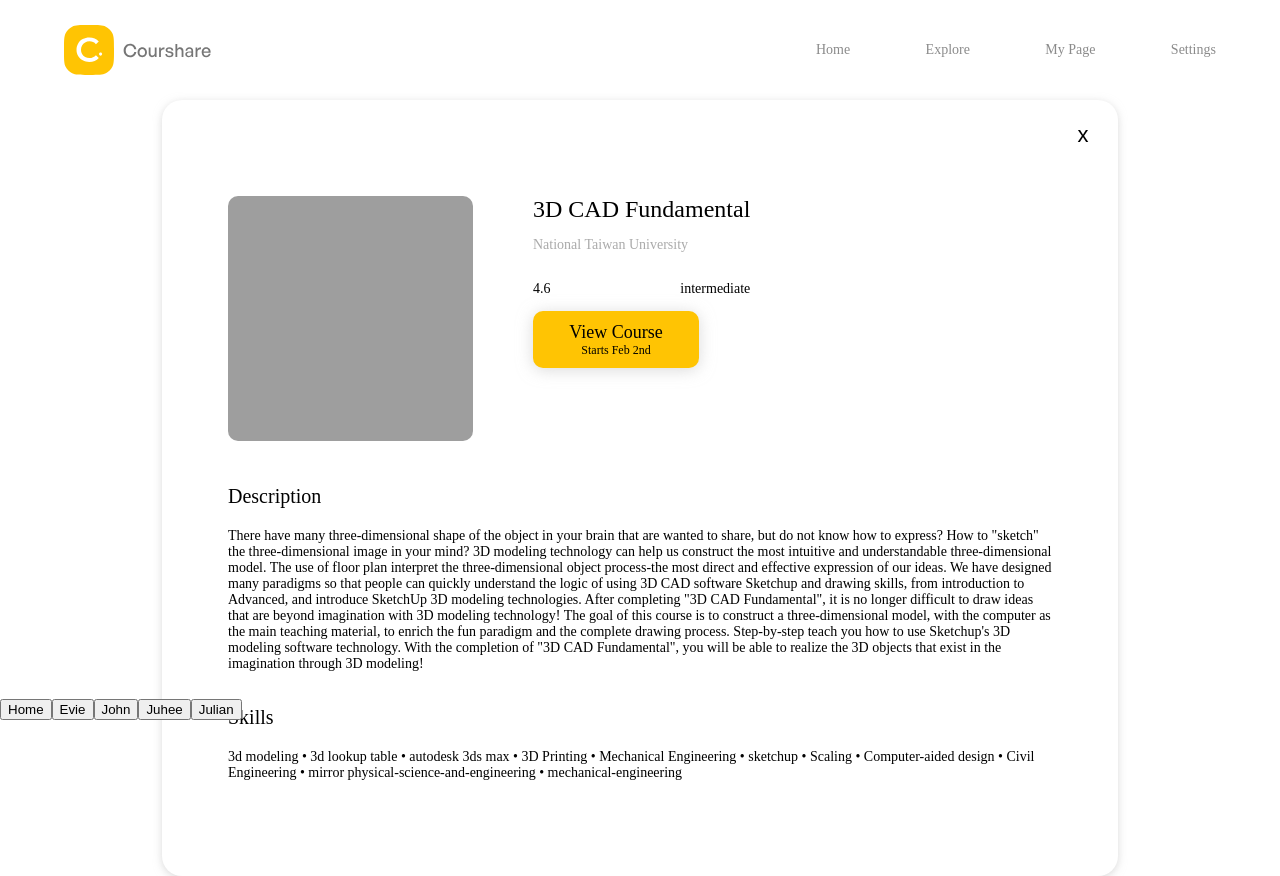
Repository: julianm09/courshare-app
Page: /comps/juhee
These files come from the project's save history. The page is drawn as it stood at one moment and after the next save; the edit follows.
The browser window is 1280 px wide. The pictures show the whole page.
Pictures or frames that could not be fetched are drawn as grey boxes. The project was rebuilt for these pictures with package versions that can differ from the ones it lists, and the page was loaded fresh each time. The framework's server and built-in components were replaced by stand-ins that run in the browser. Also part of the build but not shown: next.config.js.

Above is the page before, as saved 2022-02-07 14:43:06.

After the next save:
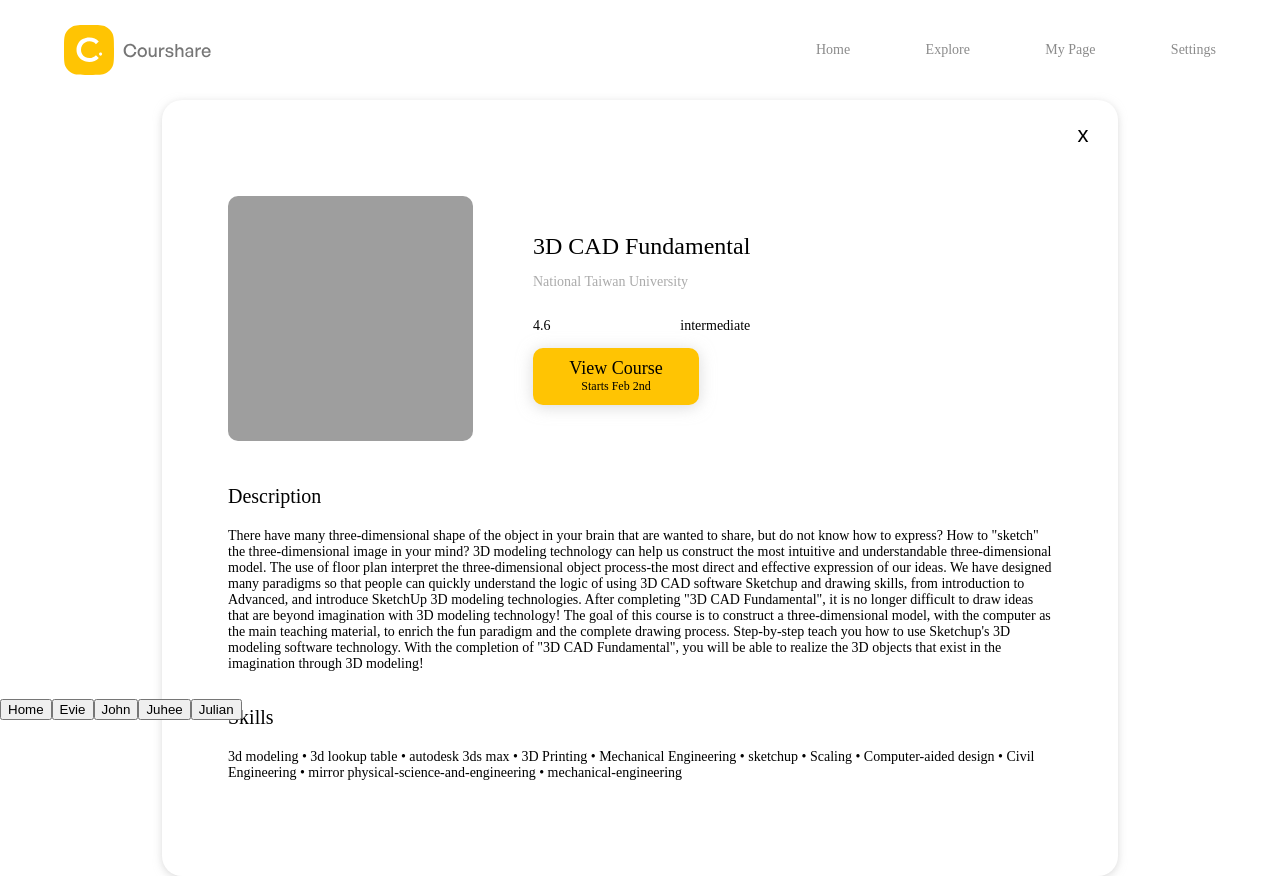
Saved 34 s later.
--- a/components/CourseDetailCard.js
+++ b/components/CourseDetailCard.js
@@ -58,7 +58,7 @@
   height: 245px;
   margin-left: 60px;
   flex-direction: column;
-  align-items: space-between;
+  align-content: space-around;
 `;
 const RightSmallCont = styled.div`
   display: flex;

After the save that followed:
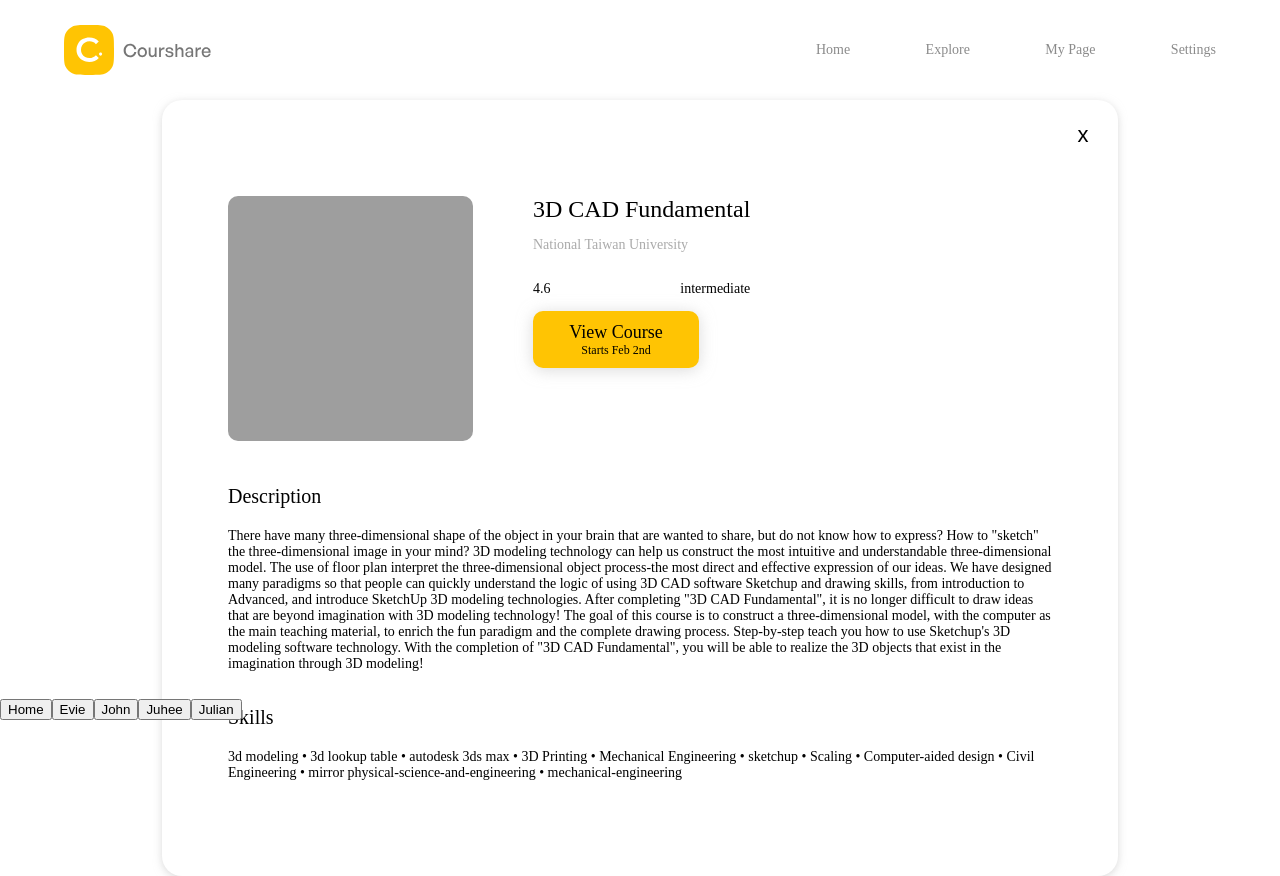
Saved 33 s later.
--- a/components/CourseDetailCard.js
+++ b/components/CourseDetailCard.js
@@ -58,7 +58,7 @@
   height: 245px;
   margin-left: 60px;
   flex-direction: column;
-  align-content: space-around;
+  align-content: space-between;
 `;
 const RightSmallCont = styled.div`
   display: flex;
